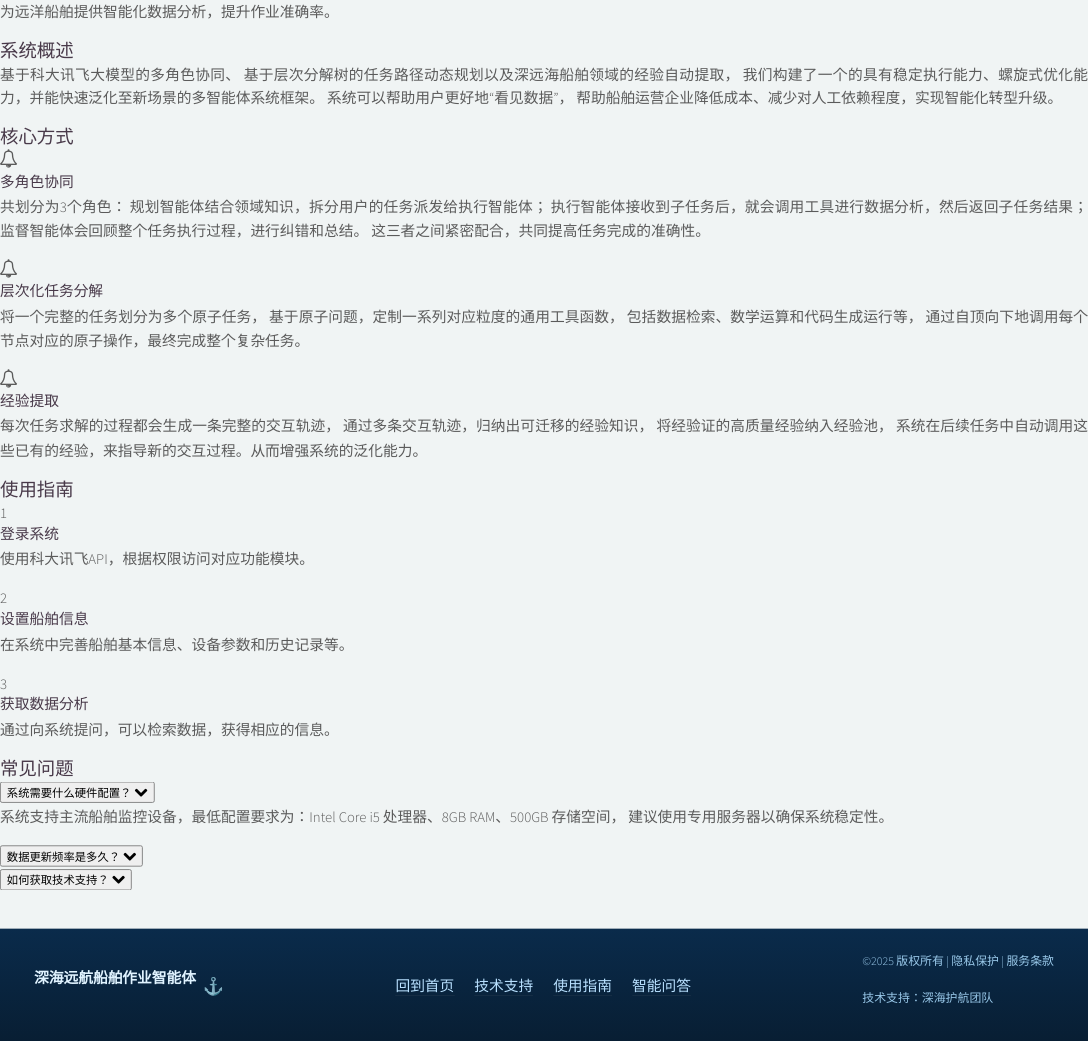
Repository: ShiCheng0104/AIC
Page: QingJing-agent/前端/深海远航船舶作业智能体/About.html
These files come from the project's save history. The page is drawn as it stood at one moment and after the next save; the edit follows.
The browser window is 1280 px wide. The pictures show the part of the page from y = 217 to 1500 px (the page is 1442 px tall before and 1500 px after), at 85% of full size.
Backgrounds fixed to the window are drawn as part of the page.

Above is the page before, as saved 2025-07-03 14:09:57.

### QingJing-agent/前端/深海远航船舶作业智能体/About.html
<!DOCTYPE HTML>
<!--
	Helios 1.5 by HTML5 UP
	html5up.net | @n33co
	Free for personal and commercial use under the CCA 3.0 license (html5up.net/license)
-->
<html>
	<head>
		<title>Right Sidebar - Helios by HTML5 UP</title>
		<meta http-equiv="content-type" content="text/html; charset=utf-8" />
		<meta name="description" content="" />
		<meta name="keywords" content="" />
		<link href="http://fonts.googleapis.com/css?family=Source+Sans+Pro:300,400,600" rel="stylesheet" type="text/css" />
		<!--[if lte IE 8]><script src="js/html5shiv.js"></script><![endif]-->
		<script src="js/jquery.min.js"></script>
		<script src="js/jquery.dropotron.min.js"></script>
		<script src="js/skel.min.js"></script>
		<script src="js/skel-panels.min.js"></script>
		<script src="js/init.js"></script>
		<noscript>
			<link rel="stylesheet" href="css/skel-noscript.css" />
			<link rel="stylesheet" href="css/style.css" />
			<link rel="stylesheet" href="css/style-desktop.css" />
			<link rel="stylesheet" href="css/style-noscript.css" />
		</noscript>
		<!--[if lte IE 8]><link rel="stylesheet" href="css/ie8.css" /><![endif]-->
	</head>
	<body class="right-sidebar">

		<!-- Header -->
			<div id="header">

				<!-- Inner -->
					<div class="inner">
						<header>
							<h1><a href="#" id="logo">深海远航船舶作业智能体</a></h1>
						</header>
					</div>

				<!-- Nav -->
					<nav id="nav">
						<ul>
							<li><a href="index.html">Home</a></li>

							<li><a href="Our_Team.html">Our Team</a></li>
							<li><a href="About.html">About</a></li>
							<li><a href="interaction.html">Q&A</a></li>
						</ul>
					</nav>

			</div>

		<!-- Main -->
		<main class="flex-1 container mx-auto px-4 py-6">
			<div
				class="max-w-4xl mx-auto bg-white rounded-2xl shadow-soft overflow-hidden flex flex-col transform transition-all duration-300 hover:shadow-hover">
				<!-- 关于页面头部 -->
				<div class="p-6 bg-gradient-primary text-white">

					<p class="mt-2 text-primary-100 opacity-90">
						为远洋船舶提供智能化数据分析，提升作业准确率。
					</p>
				</div>

				<!-- 系统介绍 -->
				<div class="p-6 border-b border-gray-100">
					<h3 class="text-xl font-semibold text-dark mb-4">系统概述</h3>
					<p class="text-gray-600 leading-relaxed">
						基于科大讯飞大模型的多角色协同、
						基于层次分解树的任务路径动态规划以及深远海船舶领域的经验自动提取，
						我们构建了一个的具有稳定执行能力、螺旋式优化能力，并能快速泛化至新场景的多智能体系统框架。
						系统可以帮助用户更好地“看见数据”，
						帮助船舶运营企业降低成本、减少对人工依赖程度，实现智能化转型升级。
					</p>
				</div>

				<!-- 功能亮点 -->
				<div class="p-6 border-b border-gray-100">
					<h3 class="text-xl font-semibold text-dark mb-6">核心方式</h3>

					<div class="grid grid-cols-1 md:grid-cols-2 gap-6">
						<!-- 功能卡片 1 -->
						<div
							class="bg-white rounded-xl shadow-message border border-neutralDark p-5 hover:shadow-hover transition-all duration-300 transform hover:-translate-y-1">
							<div class="bg-primary/10 w-12 h-12 rounded-full flex items-center justify-center mb-4">
								<i class="fa fa-bell-o text-primary text-xl"></i>
							</div>
							<h4 class="text-lg font-semibold text-dark">多角色协同</h4>
							<p class="text-gray-600 mt-2">
								共划分为3个角色：
								规划智能体结合领域知识，拆分用户的任务派发给执行智能体；
								执行智能体接收到子任务后，就会调用工具进行数据分析，然后返回子任务结果；
								监督智能体会回顾整个任务执行过程，进行纠错和总结。

								这三者之间紧密配合，共同提高任务完成的准确性。

							</p>
						</div>

						<!-- 功能卡片 2 -->
						<div
							class="bg-white rounded-xl shadow-message border border-neutralDark p-5 hover:shadow-hover transition-all duration-300 transform hover:-translate-y-1">
							<div class="bg-primary/10 w-12 h-12 rounded-full flex items-center justify-center mb-4">
								<i class="fa fa-bell-o text-primary text-xl"></i>
							</div>
							<h4 class="text-lg font-semibold text-dark">层次化任务分解</h4>
							<p class="text-gray-600 mt-2">
								将一个完整的任务划分为多个原子任务，
								基于原子问题，定制一系列对应粒度的通用工具函数，
								包括数据检索、数学运算和代码生成运行等，
								通过自顶向下地调用每个节点对应的原子操作，最终完成整个复杂任务。
							</p>
						</div>

						<!-- 功能卡片 3 -->
						<div
							class="bg-white rounded-xl shadow-message border border-neutralDark p-5 hover:shadow-hover transition-all duration-300 transform hover:-translate-y-1">
							<div class="bg-primary/10 w-12 h-12 rounded-full flex items-center justify-center mb-4">
								<i class="fa fa-bell-o text-primary text-xl"></i>
							</div>
							<h4 class="text-lg font-semibold text-dark">经验提取</h4>
							<p class="text-gray-600 mt-2">
								每次任务求解的过程都会生成一条完整的交互轨迹，
								通过多条交互轨迹，归纳出可迁移的经验知识，
								将经验证的高质量经验纳入经验池，
								系统在后续任务中自动调用这些已有的经验，来指导新的交互过程。从而增强系统的泛化能力。
							</p>
						</div>


					</div>
				</div>

				<!-- 使用指南 -->
				<div class="p-6 border-b border-gray-100">
					<h3 class="text-xl font-semibold text-dark mb-6">使用指南</h3>

					<div class="space-y-6">
						<!-- 步骤 1 -->
						<div class="flex">
							<div
								class="bg-primary text-white w-8 h-8 rounded-full flex items-center justify-center flex-shrink-0 mr-4">
								1</div>
							<div>
								<h4 class="text-lg font-semibold text-dark">登录系统</h4>
								<p class="text-gray-600 mt-1">
									使用科大讯飞API，根据权限访问对应功能模块。
								</p>
							</div>
						</div>

						<!-- 步骤 2 -->
						<div class="flex">
							<div
								class="bg-primary text-white w-8 h-8 rounded-full flex items-center justify-center flex-shrink-0 mr-4">
								2</div>
							<div>
								<h4 class="text-lg font-semibold text-dark">设置船舶信息</h4>
								<p class="text-gray-600 mt-1">
									在系统中完善船舶基本信息、设备参数和历史记录等。
								</p>
							</div>
						</div>

						<!-- 步骤 3 -->
						<div class="flex">
							<div
								class="bg-primary text-white w-8 h-8 rounded-full flex items-center justify-center flex-shrink-0 mr-4">
								3</div>
							<div>
								<h4 class="text-lg font-semibold text-dark">获取数据分析</h4>
								<p class="text-gray-600 mt-1">
									通过向系统提问，可以检索数据，获得相应的信息。
								</p>
							</div>
						</div>


					</div>
				</div>

				<!-- 常见问题 -->
				<div class="p-6">
					<h3 class="text-xl font-semibold text-dark mb-6">常见问题</h3>

					<div class="space-y-4">
						<!-- FAQ 项目 1 -->
						<div class="border border-neutralDark rounded-lg overflow-hidden">
							<button
								class="w-full px-6 py-4 text-left font-medium text-dark flex justify-between items-center hover:bg-gray-50 transition-colors">
								<span>系统需要什么硬件配置？</span>
								<i class="fa fa-chevron-down text-gray-400 transition-transform"></i>
							</button>
							<div class="px-6 py-4 bg-gray-50 border-t border-neutralDark">
								<p class="text-gray-600">
									系统支持主流船舶监控设备，最低配置要求为：Intel Core i5 处理器、8GB RAM、500GB 存储空间，
									建议使用专用服务器以确保系统稳定性。
								</p>
							</div>
						</div>

						<!-- FAQ 项目 2 -->
						<div class="border border-neutralDark rounded-lg overflow-hidden">
							<button
								class="w-full px-6 py-4 text-left font-medium text-dark flex justify-between items-center hover:bg-gray-50 transition-colors">
								<span>数据更新频率是多久？</span>
								<i class="fa fa-chevron-down text-gray-400 transition-transform"></i>
							</button>
							<div class="px-6 py-4 bg-gray-50 border-t border-neutralDark hidden">
								<p class="text-gray-600">
									气象数据每 15 分钟更新一次，船舶状态数据实时更新，
									分析报告在每次航行结束后自动生成。
								</p>
							</div>
						</div>

						<!-- FAQ 项目：点击按钮展开多条内容 -->
						<div class="border border-neutralDark rounded-lg overflow-hidden">
							<!-- 触发按钮 -->
							<button
								class="w-full px-6 py-4 text-left font-medium text-dark flex justify-between items-center hover:bg-gray-50 transition-colors"
								onclick="toggleContent(this)">
								<span>如何获取技术支持？</span>
								<!-- 箭头图标，点击时会旋转（可选） -->
								<i class="fa fa-chevron-down text-gray-400 transition-transform"></i>
							</button>

							<!-- 多条内容容器：初始隐藏 -->
							<div class="px-6 py-4 bg-gray-50 border-t border-neutralDark hidden" id="contentList">
								<!-- 内容项 1 -->
								<div class="mb-4">
									<p class="text-gray-600">
										方式 1：系统内在线客服 → 登录后右侧悬浮入口，实时对话。
									</p>
								</div>
								<!-- 内容项 2 -->
								<div class="mb-4">
									<p class="text-gray-600">
										方式 2：客服热线 <strong>400-123-4567</strong> → 7×24 小时人工响应。
									</p>
								</div>
								<!-- 内容项 3 -->
								<div>
									<p class="text-gray-600">
										方式 3：邮件 <a href="mailto:support@shipai.com" class="text-blue-500">support@shipai.com</a> → 2 小时内回复。
									</p>
								</div>
							</div>
						</div>
					</div>
				</div>
				</div>
				</main>



		<!--footer-->
		<footer>
			<div class="footer-container">
				<!-- 品牌+场景符号 -->
				<div class="footer-brand">
					<p>深海远航船舶作业智能体</p>
					<span class="ship-icon">⚓</span> <!-- 船舶锚点符号，或替换成简约船舶SVG -->
				</div>
				<!-- 实用链接区 -->
				<div class="footer-links">
					<a href="index.html">回到首页</a>
					<a href="Our_Team.html">技术支持</a>
					<a href="About.html">使用指南</a>
					<a href="interaction.html">智能问答</a>
				</div>
				<!-- 合规信息 -->
				<div class="footer-legal">
					<p>©2025 版权所有 | 隐私保护 | 服务条款</p>
					<p>技术支持：深海护航团队</p>
				</div>
			</div>
		</footer>

		<style>
			footer {
				background: linear-gradient(to bottom, #0a2b4b, #081e33);
				/* 深海渐变，强化场景 */
				color: #e0f3ff;
				padding: 24px;
			}

			.footer-container {
				max-width: 1200px;
				margin: 0 auto;
				display: flex;
				flex-wrap: wrap;
				justify-content: space-between;
				align-items: center;
			}

			.footer-brand {
				display: flex;
				align-items: center;
				gap: 8px;
				font-weight: bold;
			}

			.ship-icon {
				font-size: 20px;
				color: #6ccfff;
			}

			.footer-links a {
				color: #b9e1ff;
				margin: 0 10px;
				text-decoration: none;
				transition: color 0.3s;
			}

			.footer-links a:hover {
				color: #6ccfff;
			}

			.footer-legal {
				font-size: 14px;
				color: #99c8e9;
			}
		</style>

	</body>
</html>

### QingJing-agent/前端/深海远航船舶作业智能体/css/style-wide.css
/*
	Helios 1.5 by HTML5 UP
	html5up.net | @n33co
	Free for personal and commercial use under the CCA 3.0 license (html5up.net/license)
*/

/*********************************************************************************/
/* Basic                                                                         */
/*********************************************************************************/

	body,input,textarea,select
	{
		font-size: 14pt;
		line-height: 1.75em;
	}

/*********************************************************************************/
/* Carousel                                                                      */
/*********************************************************************************/

	.carousel
	{
		padding: 1.5em 0 1.5em 0;
	}

		.carousel .reel
		{
			padding: 0 1.5em 0 1.5em;
		}

		.carousel article
		{
			width: 18em;
			margin: 0 1.25em 0 0;
		}

### QingJing-agent/前端/深海远航船舶作业智能体/css/style-normal.css
/*
	Helios 1.5 by HTML5 UP
	html5up.net | @n33co
	Free for personal and commercial use under the CCA 3.0 license (html5up.net/license)
*/

/*********************************************************************************/
/* Wrapper                                                                       */
/*********************************************************************************/

	.wrapper
	{
		padding-left: 2em;
		padding-right: 2em;
	}

/*********************************************************************************/
/* Header                                                                        */
/*********************************************************************************/

	#header
	{
	}

		#header .inner
		{
			padding-left: 2em;
			padding-right: 2em;
		}

/*********************************************************************************/
/* Banner                                                                        */
/*********************************************************************************/

	#banner
	{
		padding-left: 2em;
		padding-right: 2em;
	}

/*********************************************************************************/
/* Footer                                                                        */
/*********************************************************************************/

	#footer
	{
		padding-left: 2em;
		padding-right: 2em;
	}

### QingJing-agent/前端/深海远航船舶作业智能体/css/style-narrow.css
/*
	Helios 1.5 by HTML5 UP
	html5up.net | @n33co
	Free for personal and commercial use under the CCA 3.0 license (html5up.net/license)
*/

### QingJing-agent/前端/深海远航船舶作业智能体/css/style-narrower.css
/*
	Helios 1.5 by HTML5 UP
	html5up.net | @n33co
	Free for personal and commercial use under the CCA 3.0 license (html5up.net/license)
*/

/*********************************************************************************/
/* Basic                                                                         */
/*********************************************************************************/

	body,input,textarea,select
	{
		font-size: 13pt;
		line-height: 1.65em;
	}

	.tweet
	{
		text-align: center;
	}

	.timestamp
	{
		display: block;
		text-align: center;
	}

/*********************************************************************************/
/* Footer                                                                        */
/*********************************************************************************/

	#footer
	{
		padding: 4em 2em 4em 2em;
	}

/*********************************************************************************/
/* Carousel                                                                      */
/*********************************************************************************/

	.carousel
	{
		padding: 1.25em 0 1.25em 0;
	}

		.carousel article
		{
			width: 18em;
			margin: 0 1em 0 0;
		}

Loaded but not shown: QingJing-agent/前端/深海远航船舶作业智能体/js/jquery.min.js (library); QingJing-agent/前端/深海远航船舶作业智能体/js/jquery.dropotron.min.js (library); QingJing-agent/前端/深海远航船舶作业智能体/js/skel.min.js (library); QingJing-agent/前端/深海远航船舶作业智能体/js/skel-panels.min.js (library); QingJing-agent/前端/深海远航船舶作业智能体/js/init.js (385 lines, source omitted); QingJing-agent/前端/深海远航船舶作业智能体/css/style.css (1600 lines, source omitted)

After the next save:
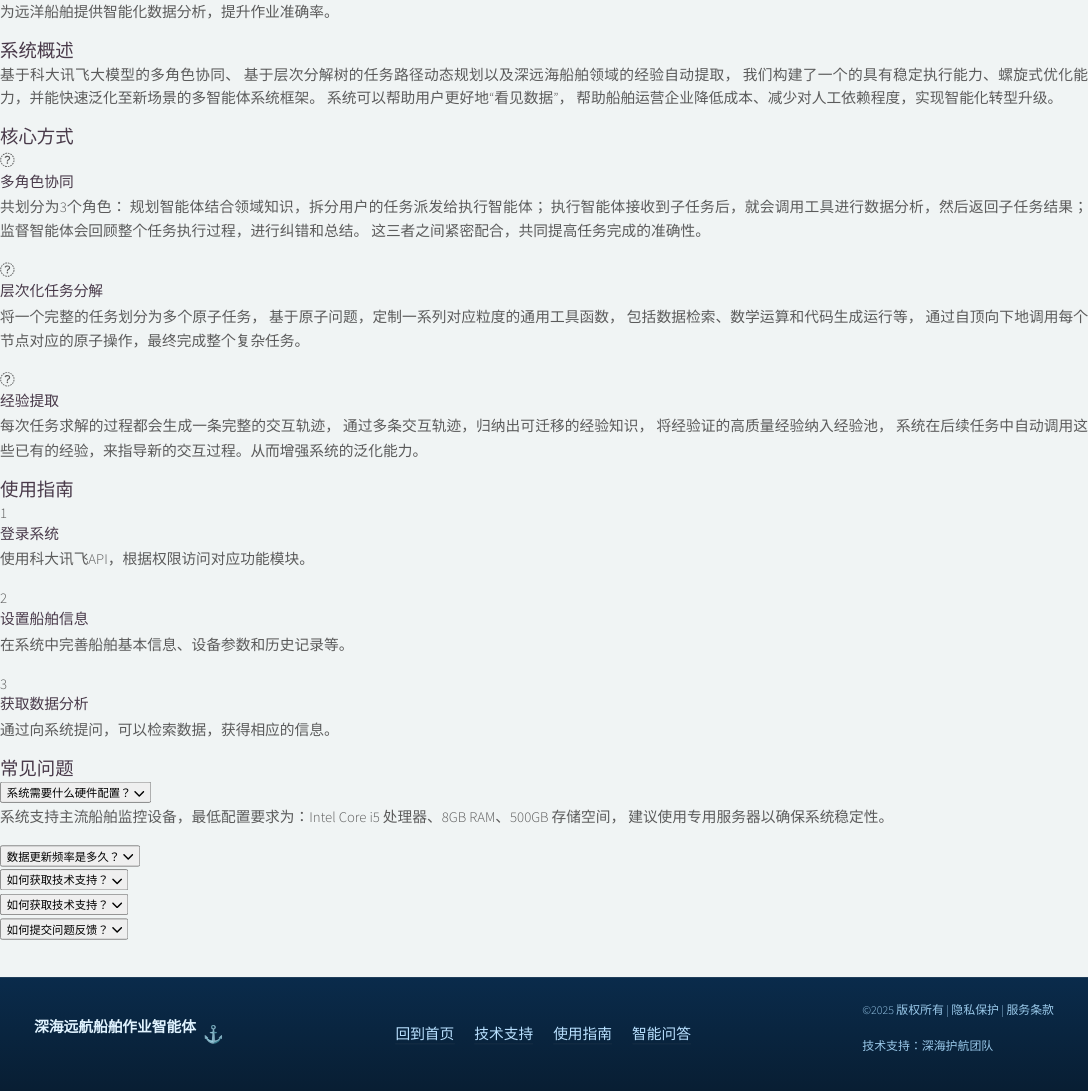
Saved 4 min 3 s later.
--- a/QingJing-agent/前端/深海远航船舶作业智能体/About.html
+++ b/QingJing-agent/前端/深海远航船舶作业智能体/About.html
@@ -225,27 +225,68 @@
 								<i class="fa fa-chevron-down text-gray-400 transition-transform"></i>
 							</button>
 
-							<!-- 多条内容容器：初始隐藏 -->
-							<div class="px-6 py-4 bg-gray-50 border-t border-neutralDark hidden" id="contentList">
-								<!-- 内容项 1 -->
-								<div class="mb-4">
-									<p class="text-gray-600">
-										方式 1：系统内在线客服 → 登录后右侧悬浮入口，实时对话。
-									</p>
+							<!-- 多条内容展开示例 -->
+							<div class="border border-neutralDark rounded-lg overflow-hidden max-w-xl mx-auto my-8">
+								<button
+									class="w-full px-6 py-4 text-left font-medium text-dark flex justify-between items-center hover:bg-gray-50 transition-colors"
+									onclick="toggleContent(this)">
+									<span>如何获取技术支持？</span>
+									<i class="fa fa-chevron-down text-gray-400 transition-transform"></i>
+								</button>
+
+								<div class="px-6 py-4 bg-gray-50 border-t border-neutralDark hidden" id="contentList">
+									<div class="mb-4">
+										<p class="text-gray-600">
+											方式 1：系统内在线客服 → 登录后右侧悬浮入口，实时对话。
+										</p>
+									</div>
+									<div class="mb-4">
+										<p class="text-gray-600">
+											方式 2：客服热线 <strong>400-123-4567</strong> → 7×24 小时人工响应。
+										</p>
+									</div>
+									<div>
+										<p class="text-gray-600">
+											方式 3：邮件 <a href="mailto:support@shipai.com" class="text-blue-500">support@shipai.com</a> → 2 小时内回复。
+										</p>
+									</div>
 								</div>
-								<!-- 内容项 2 -->
-								<div class="mb-4">
-									<p class="text-gray-600">
-										方式 2：客服热线 <strong>400-123-4567</strong> → 7×24 小时人工响应。
-									</p>
+							</div>
+
+							<!-- 另一个独立模块示例 -->
+							<div class="border border-neutralDark rounded-lg overflow-hidden max-w-xl mx-auto my-8">
+								<button
+									class="w-full px-6 py-4 text-left font-medium text-dark flex justify-between items-center hover:bg-gray-50 transition-colors"
+									onclick="toggleContent(this)">
+									<span>如何提交问题反馈？</span>
+									<i class="fa fa-chevron-down text-gray-400 transition-transform"></i>
+								</button>
+
+								<div class="px-6 py-4 bg-gray-50 border-t border-neutralDark hidden" id="contentList2">
+									<div class="mb-4">
+										<p class="text-gray-600">
+											路径 1：个人中心 → 问题反馈入口 → 填写表单提交。
+										</p>
+									</div>
+									<div>
+										<p class="text-gray-600">
+											路径 2：发送邮件至 <a href="mailto:feedback@shipai.com" class="text-blue-500">feedback@shipai.com</a> → 备注问题详情。
+										</p>
+									</div>
 								</div>
-								<!-- 内容项 3 -->
-								<div>
-									<p class="text-gray-600">
-										方式 3：邮件 <a href="mailto:support@shipai.com" class="text-blue-500">support@shipai.com</a> → 2 小时内回复。
-									</p>
-								</div>
-							</div>
+							</div>
+
+							<script>
+								function toggleContent(button) {
+									const contentDiv = button.nextElementSibling;
+									const icon = button.querySelector('i');
+									contentDiv.classList.toggle('hidden');
+									icon.classList.toggle('rotate');
+								}
+							</script>
+
+							<!-- 引入 FontAwesome 图标（如果需要箭头） -->
+							<script src="https://cdnjs.cloudflare.com/ajax/libs/font-awesome/6.0.0-beta3/js/all.min.js"></script>
 						</div>
 					</div>
 				</div>
